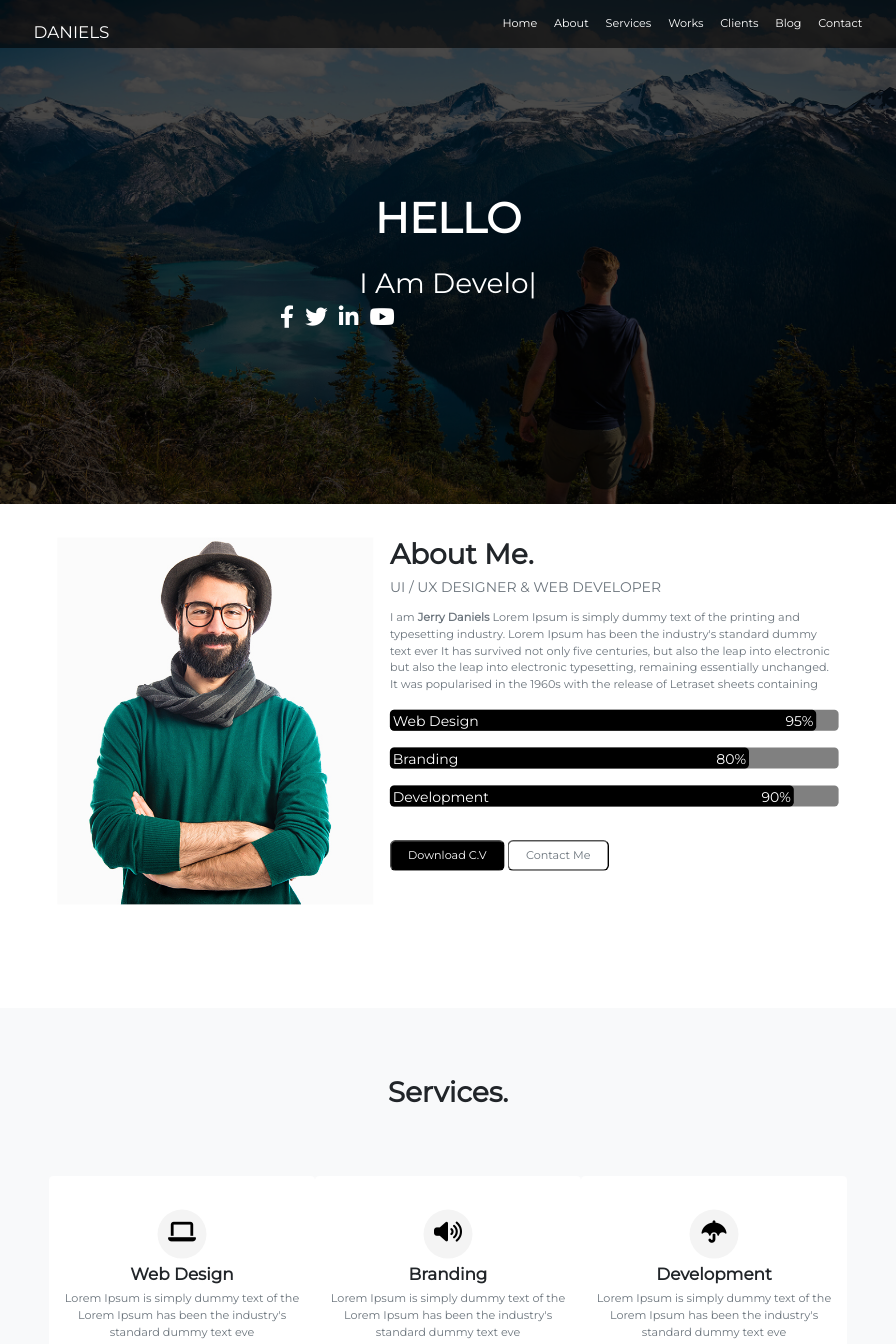
Repository: Souldeer0020/daniels-portofolio
Page: index.html
These files come from the project's save history. The page is drawn as it stood at one moment and after a run of saves; the edit follows.
The browser window is 1280 px wide. The pictures show the part of the page from y = 0 to 1920 px (the page is 5468 px tall), at 70% of full size.

Above is the page before, as saved 2024-07-14 00:04:03.

### index.html
<html>
    <head>
        <link rel="stylesheet" href="css/bootstrap.css">
        <link rel="stylesheet" href="css/all.min.css">
        <link rel="stylesheet" href="style.css">
        <link href="https://fonts.googleapis.com/css2?family=Montserrat&display=swap" rel="stylesheet">
    </head>
    <body>
    <header class="vh-100 w-100 " id="home">
        <div class="layout vh-100 w-100 d-flex justify-content-center align-items-center position-relative">
            <nav class="position-fixed pt-md-3 top-0 start-0 end-0 d-flex align-items-center justify-content-between">
                <a href="#home"><h1 class="px-md-5 pt-md-3">DANIELS</h1></a>
                <ul class="d-flex align-items-center pe-md-4">
                    <li class="pe-md-4 "><a href="#home">Home</a></li>

                    <li class="pe-md-4"><a href="#about">About</a></li>
                    <li class="pe-md-4"><a href="#services">Services</a></li>
                    <li class="pe-md-4"><a href="#works">Works</a></li>
                    <li class="pe-md-4"><a href="#clients">Clients</a></li>
                    <li class="pe-md-4"><a href="#blog">Blog</a></li>
                    <li class="pe-md-4"><a href="#contact">Contact</a></li>
                </ul>
            </nav>
            <div class="content w-75 text-center d-flex flex-column align-items-center">
                <h1 class="py-md-4">HELLO</h1>
                <h2 class="w-100">I Am</h2>
                <div class="icons d-flex">
                    <a class="me-3" href=""><i class=" fa-brands fa-facebook-f icon text-center d-flex justify-content-center align-items-center fs-2"></i></a>
                    <a class="me-3" href=""><i class=" fa-brands fa-twitter icon text-center d-flex justify-content-center align-items-center fs-2"></i></a>
                    <a class="me-3" href=""><i class=" fa-brands fa-linkedin-in icon text-center d-flex justify-content-center align-items-center fs-2"></i></a>

                    <a class="me-3" href=""><i class=" fa-brands fa-youtube icon text-center d-flex justify-content-center align-items-center fs-2"></i></a>
                </div>
            </div>
        </div>
    </header>


    <section id="about" class="vh-100 w-100 py-md-5 bg-white">
        <div class="container">
            <div class="row">
                <div class="col-md-5">
                    <div class="item">
                        <img src="img/hero.jpg" class="w-100" alt="logo">
                    </div>
                </div>
                <div class="col-md-7">
                    <div class="item">
                        <h1 class="fw-bolder">About Me.</h1>
                        <p class="lead text-muted">UI / UX DESIGNER & WEB DEVELOPER</p>
                        <p class="text-muted ">I am <span class="fw-bolder">Jerry Daniels</span> Lorem Ipsum is simply dummy text of the printing and typesetting industry. Lorem Ipsum has been the industry's standard dummy text ever It has survived not only five centuries, but also the leap into electronic but also the leap into electronic typesetting, remaining essentially unchanged. It was popularised in the 1960s with the release of Letraset sheets containing</p>
                        <div class="blank w-md-100 rounded-2 my-md-4 ">
                            <div class="percentage1 rounded-2 d-flex justify-content-between p-md-1  top-0 bottom-0 start-0 end-0 h-100">
                                <h5>Web Design</h5>
                                <h5>95%</h5>
                            </div>
                        </div>
                        <div class="blank w-md-100 rounded-2 my-md-4 ">
                            <div class="percentage2 rounded-2 d-flex justify-content-between p-md-1   top-0 bottom-0 start-0 end-0 h-100">
                                <h5>Branding</h5>
                                <h5>80%</h5>
                            </div>
                        </div>
                        <div class="blank w-md-100 rounded-2 my-md-4 ">
                            <div class="percentage3 rounded-2 d-flex justify-content-between p-md-1 top-0 bottom-0 start-0 end-0 h-100">
                                <h5>Development</h5>
                                <h5>90%</h5>
                            </div>
                        </div>
                    </div>
                    <button class=" py-md-2 px-md-4 w-md-25 mt-md-4 rounded-3 btn1 ">Download C.V</button>
                    <button class=" py-md-2 px-md-4 w-md-25 mt-md-4 rounded-3 btn2 text-muted ">Contact Me</button>
                </div>
            </div>
        </div>
    </section>

    <section id="services" class="bg-light py-md-5 bg-light d-flex flex-column align-items-center">
        <h1 class="fw-bolder my-md-5">Services.</h1>
        <div class="container my-md-5">
            <div class="row g-md-4">
                <div class="col-md-4 bg-white rounded-2 ">
                    <div class="service-item text-center py-md-5">
                        <i class="fa-solid fa-laptop fa-2x icon pt-3"></i>
                        <h4 class="fw-bolder my-md-2">Web Design</h4>
                        <p class="text-muted">Lorem Ipsum is simply dummy text of the Lorem Ipsum has been the industry's standard dummy text eve</p>
                    </div>
                </div>
                <div class="col-md-4 bg-white rounded-2">
                    <div class="service-item text-center py-md-5">
                        <i class="fa-solid fa-volume-high fa-2x icon pt-3"></i>
                        <h4 class="fw-bolder my-md-2">Branding</h4>
                        <p class="text-muted">Lorem Ipsum is simply dummy text of the Lorem Ipsum has been the industry's standard dummy text eve</p>
                    </div>
                </div>
                <div class="col-md-4 bg-white rounded-2">
                    <div class="service-item text-center py-md-5">
                        <i class="fa-solid fa-umbrella icon pt-3 fa-2x"></i>
                        <h4 class="fw-bolder my-md-2">Development</h4>
                        <p class="text-muted">Lorem Ipsum is simply dummy text of the Lorem Ipsum has been the industry's standard dummy text eve</p>
                    </div>
                </div>
                <div class="col-md-4 bg-white rounded-2">
                    <div class="service-item text-center py-md-5">
                        <i class="fa-regular fa-gem icon pt-3 fa-2x"></i>
                        <h4 class="fw-bolder my-md-2">Creative Design</h4>
                        <p class="text-muted">Lorem Ipsum is simply dummy text of the Lorem Ipsum has been the industry's standard dummy text eve</p>
                    </div>
                </div>
                <div class="col-md-4 bg-white rounded-2">
                    <div class="service-item text-center py-md-5">
                        <i class="fa fa-television fa-2x  icon pt-3" aria-hidden="true"></i>
                        <h4 class="fw-bolder my-md-2">Fully Responsive</h4>
                        <p class="text-muted">Lorem Ipsum is simply dummy text of the Lorem Ipsum has been the industry's standard dummy text eve</p>
                    </div>
                </div>
                <div class="col-md-4 bg-white rounded-2">
                    <div class="service-item text-center py-md-5">
                        <i class="fa-solid fa-camera fa-2x icon pt-3"></i>
                        <h4 class="fw-bolder my-md-2">Retina Ready</h4>
                        <p class="text-muted">Lorem Ipsum is simply dummy text of the Lorem Ipsum has been the industry's standard dummy text eve</p>
                    </div>
                </div>
            </div>
        </div>
    </section>

    <section id="works" class="w-100 text-center d-flex flex-column align-items-center">
        <h1 class="fw-bolder my-md-5">Portfolio.</h1>
        <ul class="d-flex justify-content-evenly fw-bolder mt-md-3">
            <li><a href="">All</a></li>
            <li><a href="">Brand</a></li>
            <li><a href="">Design</a></li>
            <li><a href="">Graphic</a></li>
        </ul>
        <div class="container mt-md-5">
            <div class="row g-md-4">
                <div class="col-md-4 position-relative">
                    <div class="item">
                        <img src="img/portfolio/1.jpg" class="w-100" alt="">

                    </div>
                </div>
                <div class="col-md-4">
                    <div class="item">
                        <img src="img/portfolio/2.jpg" class="w-100" alt="">

                    </div>
                </div>
                <div class="col-md-4">
                    <div class="item">
                        <img src="img/portfolio/3.jpg" class="w-100" alt="">
                    </div>
                </div>
                <div class="col-md-4">
                    <div class="item">
                        <img src="img/portfolio/4.jpg" class="w-100" alt="">
                    </div>
                </div>
                <div class="col-md-4">
                    <div class="item">
                        <img src="img/portfolio/5.jpg" class="w-100" alt="">
                    </div>
                </div>
                <div class="col-md-4">
                    <div class="item">
                        <img src="img/portfolio/6.jpg" class="w-100" alt="">
                    </div>
                </div>
            </div>
        </div>

    </section>

    <section id="clients" class="text-center d-flex flex-column align-items-center my-md-5 bg-light">
        <h1 class="fw-bolder my-md-5">Testimonials.</h1>
        <div id="carouselExampleIndicators" class="carousel-slide mb-md-5" data-bs-ride="true">

            <div class="carousel-inner">
              <div class="carousel-item active">
                <p class="text-muted my-md-4">Lorem Ipsum has been the industry's standard dummy text ever since the when an unknown printer took a galley of type and scrambled it to make a type specimen book.</p>
                <h3 class="my-md-3">Alex Smith</h3>
                <p class="lead text-muted fw-bolder">Envanto Customer</p>
              </div>
              <div class="carousel-item">
                <p class="text-muted my-md-4">Lorem Ipsum has been the industry's standard dummy text ever since the when an unknown printer took a galley of type and scrambled it to make a type specimen book.</p>
                <h3 class="my-md-3">Alex Smith</h3>
                <p class="lead text-muted fw-bolder">Envanto Customer</p>
              </div>
              <div class="carousel-item">
                <p class="text-muted my-md-4">Lorem Ipsum has been the industry's standard dummy text ever since the when an unknown printer took a galley of type and scrambled it to make a type specimen book.</p>
                <h3 class="my-md-3">Alex Smith</h3>
                <p class="lead text-muted fw-bolder">Envanto Customer</p>
              </div>
            </div>
            <div class="carousel-indicators position-static">
                <button type="button" data-bs-target="#carouselExampleIndicators" data-bs-slide-to="0" class="active carousel-btn bg-black" aria-current="true" aria-label="Slide 1"></button>
                <button type="button" data-bs-target="#carouselExampleIndicators" data-bs-slide-to="1" class="carousel-btn bg-black" aria-label="Slide 2"></button>
                <button type="button" data-bs-target="#carouselExampleIndicators" data-bs-slide-to="2" class="carousel-btn bg-black" aria-label="Slide 3"></button>
              </div>

          </div>
    </section>

    <section class="statics bg-white">
        <div class="d-flex justify-content-around text-center container item my-md-5" >
            <div>
              <i class="fa-solid fa-users fa-2x mb-md-3"></i>
               <h2 class="fw-bolder"> 850</h2>
               <p class="lead fw-bolder text-muted">Happy customers</p>
            </div>
            <div>
              <i class="fa-solid fa-thumbs-up fa-2x mb-md-3"></i>
               <h2 class="fw-bolder"> 230</h2>
               <p class="lead fw-bolder text-muted">Complete Projects</p>
            </div>
            <div>
              <i class="fa fa-bullhorn fa-2x mb-md-3" aria-hidden="true"></i>
               <h2 class="fw-bolder"> 9450</h2>
               <p class="lead fw-bolder text-muted">Lines Of Code</p>
            </div>
            <div>
              <i class="fa fa-cloud-download fa-2x mb-md-3" aria-hidden="true"></i>
               <h2 class="fw-bolder"> 780 </h2>
               <p class="lead fw-bolder text-muted">Files Downloaded

              </p>
            </div>
          </div>
    </section>

    <section id="blog" class="text-center d-flex flex-column align-items-center my-md-5 bg-light">
        <h1 class="fw-bolder my-md-5">Our Blog.</h1>
        <div class="container">
            <div class="row">
                <div class="col-md-4 text-start">

                        <div id="photo" class=" overflow-hidden mb-2"><img class="w-100" src="img/blog/1.jpg" alt=""></div>
                        <div class="caption">
                            <p class="text-muted">wordpress</p>
                            <h3>Lorem ipsum dolor sit amet consectetur adipisicing elit. Magnam, ipsam consequuntur.</h3>
                            <a href="">Read More</a>
                        </div>

                </div>
                <div class="col-md-4 text-start">

                    <div id="photo" class=" overflow-hidden mb-2"><img class="w-100" src="img/blog/2.jpg" alt=""></div>
                    <div class="caption">
                        <p class="text-muted">wordpress</p>
                        <h3>Lorem ipsum dolor sit amet consectetur adipisicing elit. Magnam, ipsam consequuntur.</h3>
                        <a href="">Read More</a>
                    </div>

            </div>
            <div class="col-md-4 text-start">

                <div id="photo" class=" overflow-hidden mb-2"><img class="w-100" src="img/blog/3.jpg" alt=""></div>
                <div class="caption">
                    <p class="text-muted">wordpress</p>
                    <h3>Lorem ipsum dolor sit amet consectetur adipisicing elit. Magnam, ipsam consequuntur.</h3>
                    <a href="">Read More</a>
                </div>

        </div>
            </div>
        </div>
    </section>

    <section id="contact" class="text-center d-flex flex-column align-items-center my-md-5 bg-white">
        <h1 class="fw-bolder my-md-5">Contact Us.</h1>
        <div class="container my-md-5">
            <div class="row ">
                <div class="col-4 d-flex flex-column align-items-center text-center ">
                    <div class="iicon mb-md-4"><i class="fa-brands fa-telegram fa-2x m-md-auto py-md-3"></i></div>
                    <h5 class="fw-bolder">Address</h5>
                    <p class="Text-muted">6834 Hollywood Blvd - Los Angeles CA</p>
                </div>
                <div class="col-4 d-flex flex-column align-items-center text-center">
                    <div class="iicon mb-md-4"><i class="fa-solid fa-envelope fa-2x m-md-auto py-md-3"></i></div>
                    <h5 class="fw-bolder">Email</h5>
                    <p class="Text-muted">Support@website.com</p>
                </div>
                <div class="col-4 d-flex flex-column align-items-center text-center">
                    <div class="iicon mb-md-4"><i class="fa-solid fa-phone fa-2x m-md-auto py-md-3"></i></div>
                    <h5 class="fw-bolder">Phone</h5>
                    <p class="Text-muted">+20 010 2517 8918</p>
                </div>
            </div>
        </div>
        <div class="container">
            <div class="row gx-md-4">
                <div class="col-6 d-flex justify-content-md-start">
                    <input type="text" placeholder="Name" class="rounded-2 ">
                </div>
                <div class="col-6  d-flex justify-content-md-start">
                    <input type="text" placeholder="Email" class="rounded-2">
                </div>
                <div class="col-12 my-md-3 d-flex justify-content-md-start rounded-2">
                    <textarea style="resize: none;" name="Message" id="" class="w-100 rounded-2" rows="5" placeholder="Message"></textarea>
                </div>

            </div>

        </div>

    </section>

    <footer class="bg-dark d-flex justify-content-center align-items-center py-md-5">
        <p class="text-muted py-md-4">Copy Right 2018 © By Daniels All Rights Reserved</p>
    </footer>

    <script src="js/bootstrap.bundle.js"></script>
    </body>




</html>

Loaded but not shown: css/bootstrap.css (library); css/all.min.css (library); js/bootstrap.bundle.js (library); style.css (308 lines, source omitted)

After the next 4 saves:
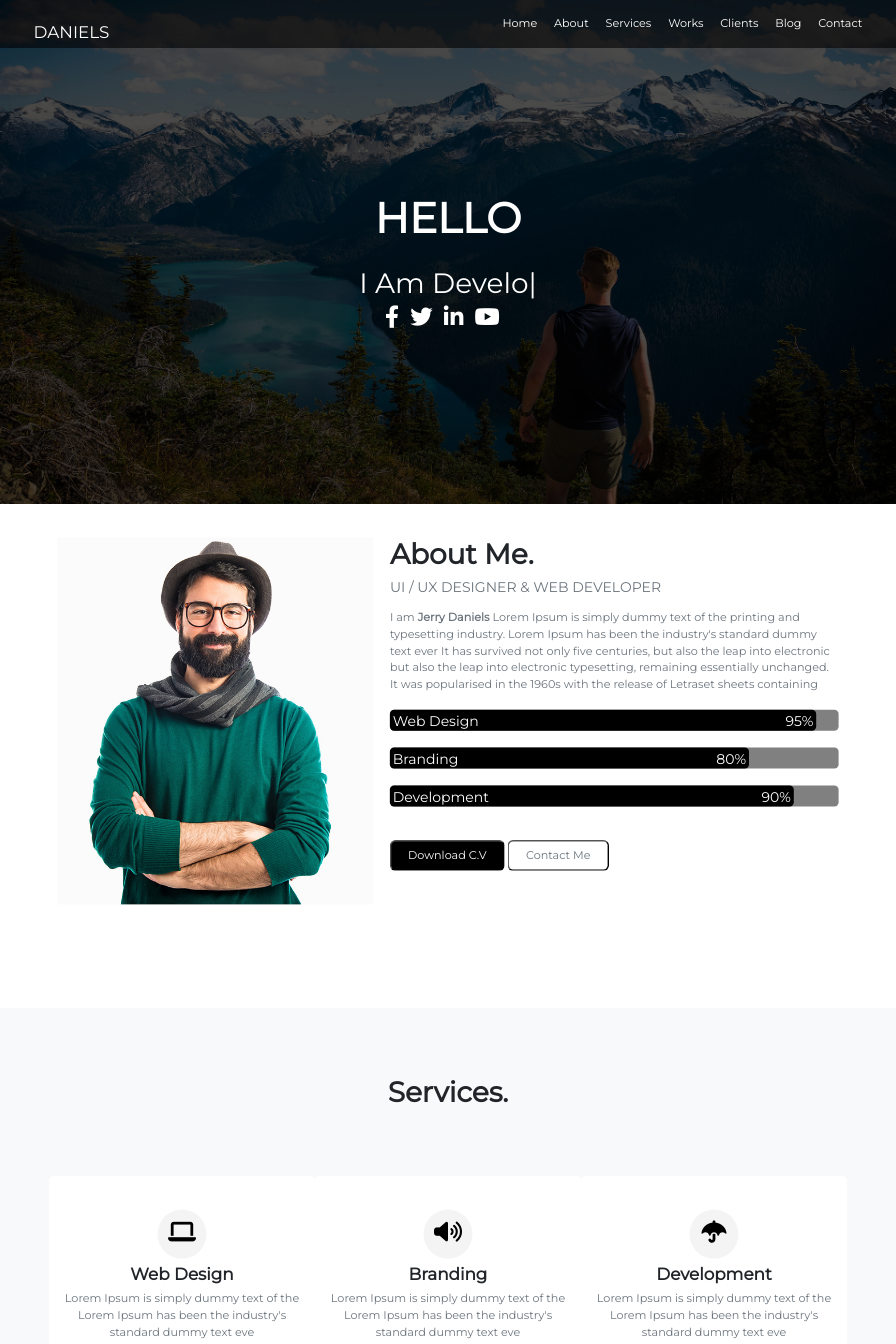
The 4 saves are shown as one change because they came seconds apart.
The last was saved 64 s later.
--- a/index.html
+++ b/index.html
@@ -24,7 +24,7 @@
             <div class="content w-75 text-center d-flex flex-column align-items-center">
                 <h1 class="py-md-4">HELLO</h1>
                 <h2 class="w-100">I Am</h2>
-                <div class="icons d-flex">
+                <div class="icons d-flex justify-content-center">
                     <a class="me-3" href=""><i class=" fa-brands fa-facebook-f icon text-center d-flex justify-content-center align-items-center fs-2"></i></a>
                     <a class="me-3" href=""><i class=" fa-brands fa-twitter icon text-center d-flex justify-content-center align-items-center fs-2"></i></a>
                     <a class="me-3" href=""><i class=" fa-brands fa-linkedin-in icon text-center d-flex justify-content-center align-items-center fs-2"></i></a>
